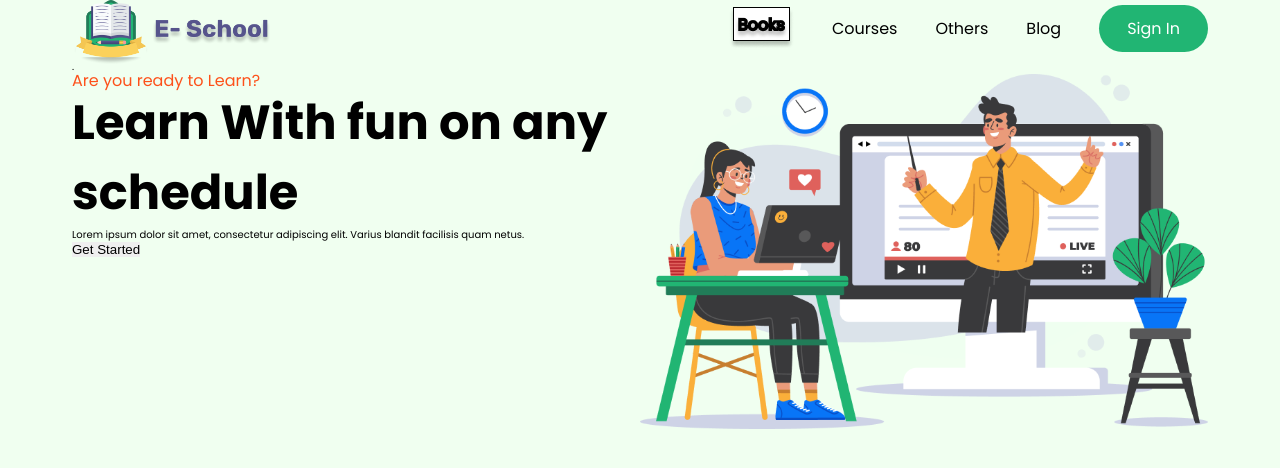
Repository: bijaythakur-code/E-school
Page: index.html
An editor plug-in stored every save of this project. The page is shown before and after the next save, followed by the edit.
The browser window is 1280 px wide. The pictures show the whole page.

Above is the page before, as saved 2022-05-11 15:07:11.
Console error: TypeError: Cannot set properties of null (setting 'textContent')

### index.html
<!DOCTYPE html>
<html lang="en">
  <head>
    <meta charset="UTF-8" />
    <meta http-equiv="X-UA-Compatible" content="IE=edge" />
    <meta name="viewport" content="width=device-width, initial-scale=1.0" />

    <link rel="preconnect" href="https://fonts.googleapis.com" />
    <link rel="preconnect" href="https://fonts.gstatic.com" crossorigin />
    <link
      href="https://fonts.googleapis.com/css2?family=Poppins:wght@400;500;700&family=Roboto&display=swap"
      rel="stylesheet"
    />

    <link rel="stylesheet" href="/css/general.css" />
    <link rel="stylesheet" href="/css/style.css" />
    <link rel="stylesheet" href="/css/queries.css" />
    <title>Starter Project</title>
  </head>
  <body>
    <header>
      <div class="container">
        <nav>
          <div class="logo">
            <a href="/">
              <img src="/img/logo.png" alt="E-school logo" />
            </a>
          </div>
          <ul class="main-nav">
            <li>
              <a href="/">
                <img src="/img/img-icon-books-nav.png" alt="E-school Books" />
              </a>
            </li>
            <li>
              <a class="nav-link" href="#">Courses</a>
            </li>
            <li>
              <a class="nav-link" href="#">Others</a>
            </li>
            <li>
              <a class="nav-link" href="#">Blog</a>
            </li>
            <li>
              <a class="sign-in nav-link" href="#">Sign In</a>
            </li>
          </ul>
        </nav>

        <!-- hero section -->
        .
        <div class="hero">
          <div class="hero-left">
            <p class="are-you-ready">Are you ready to Learn?</p>
            <h1>Learn With fun on <span>any schedule</span></h1>
            <p>
              Lorem ipsum dolor sit amet, consectetur adipiscing elit. Varius
              blandit facilisis quam netus.
            </p>
            <a href="#">
              <button class="btn-get-started">Get Started</button>
            </a>
          </div>
          <div class="hero-right">
            <img src="/img/image-hero.png" alt="E-school hero" />
        </div>
      </div>
    </header>
    <script src="js/script.js"></script>
  </body>
</html>

### css/general.css
/*
--- 01 TYPOGRAPHY SYSTEM

- Font sizes (px)


- Font weights
Default: 400
Medium: 500

Bold: 700


- Line heights
Default: 1
Small: 1.05
Medium: 1.2
Paragraph default: 1.6
Large: 1.8

- Letter spacing
-0.5px
0.75px

--- 02 COLORS

#000000 -- black
#21B573 -- primary
#FFFFFF -- white
#FD511A -- primary-shade-one
#413960 -- secondary
#585859 -- secondary-tint-one
#282531 -- footer background
#CDCDCD -- primary-tint-one

#F0FFF0 -- hero background

- Primary:
- Tints:


- Shades:


- Accents:
- Greys


--- 05 SHADOWS


--- 06 BORDER-RADIUS

Default: 9px
Medium: 11px

--- 07 WHITESPACE

- Spacing system (px)

*/

:root {
  /* COLORS VARIABLES */
  --primary-color: #21b573;
  --primary-shade-one: #fd511a;
  --primary-tint-one: #cdcdcd;

  --secondary-color: #413960;
  --secondary-tint-one: #585859;

  --hero-background: #f0fff0;
  --footer-background: #282531;

  --black-color: #000000;
  --white-color: #ffffff;
}

*,
*::after,
*::before {
  padding: 0;
  margin: 0;
  box-sizing: border-box;
}

html {
  /* font-size: 10px; */

  /* 10px / 16px = 0.625 = 62.5% */
  /* Percentage of user's browser font-size setting */
  font-size: 62.5%;

  /* Does NOT work on Safari */
  /* scroll-behavior: smooth; */
}

body {
  font-family: 'Poppins', sans-serif;
  line-height: 140%;
  font-weight: 400;
}

ul {
  list-style: none;
}

a {
  text-decoration: none;
}

img {
  max-width: 100%;
  height: auto;
}

button {
  border: none;
  outline: none;
  cursor: pointer;
}

/*=============== GENERAL REUSABLE CSS CLASSES ===============*/

.container {
  /* 1200px */
  max-width: 120rem;
  padding: 0 3.2rem;
  margin: 0 auto;
}

### css/style.css
/*=============== HEADER & NAV ===============*/

header {
  background-color: var(--hero-background);
  height: 100vh;
}
nav {
  display: flex;
  justify-content: space-between;
}

.main-nav {
  display: flex;
  justify-content: space-between;
  align-items: center;
  gap: 38px;
}

.logo {
  height: 60px;
  width: 200px;
}

.nav-link {
  font-family: 'Poppins', sans-serif;
  font-weight: 400;
  font-size: 16px;
  color: #000000;
}

.sign-in {
  color: #ffffff;
  padding: 12px 28px;
  width: 104px;
  height: 43px;
  background: #21b573;
  border-radius: 33px;
}

/* mobile menu */

/*=============== HERO SECTION ===============*/

.hero {
  display: flex;
}

.hero-left {
  width: 50%;
  display: flex;
  flex-direction: column;
}

.are-you-ready {
  font-family: 'Poppins', sans-serif;
  font-weight: 400;
  font-size: 16px;
  color: #fd511a;
}

h1 {
  font-family: 'Poppins', sans-serif;

  font-weight: 700;
  font-size: 48px;
  line-height: 146%;
  color: #000000;
}

.h1-span {
  color: #21b573;
}

.hero-right {
  width: 50%;
}

### css/queries.css
/* rem and em do NOT depend on html font-size in media queries! Instead, 1rem = 1em = 16px */

/**************************/
/* BELOW 1344px (Smaller desktops) */
/**************************/

@media (max-width: 84em) {
}

/**************************/
/* BELOW 1200px (Landscape Tablets) */
/**************************/

@media (max-width: 75em) {
  html {
    /* 9px / 16px  */
    font-size: 56.25%;
  }
}

/**************************/
/* BELOW 944px (Tablets) */
/**************************/

@media (max-width: 59em) {
  html {
    /* 8px / 16px = 0.5 = 50% */
    font-size: 50%;
  }
}

/**************************/
/* BELOW 704px (Smaller tablets) */
/**************************/

@media (max-width: 44em) {
}

/**************************/
/* BELOW 544px (Phones) */
/**************************/

@media (max-width: 34em) {
}

### js/script.js
///////////////////////////////////////////////////////////
// Set current year
const yearEl = document.querySelector('.year')
const currentYear = new Date().getFullYear()
yearEl.textContent = currentYear

///////////////////////////////////////////////////////////
// Make mobile navigation work

const btnNavEl = document.querySelector('.btn-mobile-nav')
const headerEl = document.querySelector('.nav-container')

btnNavEl.addEventListener('click', function () {
  headerEl.classList.toggle('nav-open')
})

///////////////////////////////////////////////////////////
// Smooth scrolling animation

const allLinks = document.querySelectorAll('a:link')

allLinks.forEach(function (link) {
  link.addEventListener('click', function (e) {
    e.preventDefault()
    const href = link.getAttribute('href')

    // Scroll back to top
    if (href === '#')
      window.scrollTo({
        top: 0,
        behavior: 'smooth',
      })

    // Scroll to other links
    if (href !== '#' && href.startsWith('#')) {
      const sectionEl = document.querySelector(href)
      sectionEl.scrollIntoView({ behavior: 'smooth' })
    }

    // Close mobile naviagtion
    if (link.classList.contains('nav-link'))
      headerEl.classList.toggle('nav-open')
  })
})

///////////////////////////////////////////////////////////
// Sticky navigation

const sectionHeroEl = document.querySelector('.hero')

const obs = new IntersectionObserver(
  function (entries) {
    const ent = entries[0]
    // console.log(ent)

    if (ent.isIntersecting === false) {
      document.body.classList.add('sticky')
    }

    if (ent.isIntersecting === true) {
      document.body.classList.remove('sticky')
    }
  },
  {
    // In the viewport
    root: null,
    threshold: 0,
    rootMargin: '-80px',
  }
)
obs.observe(sectionHeroEl)

After the next save:
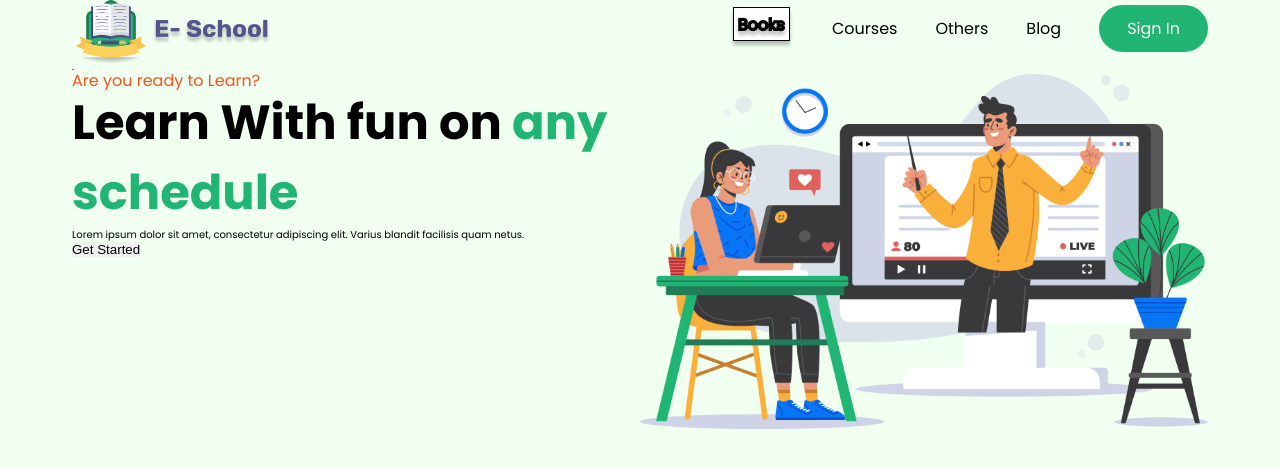
Saved 7 s later.
--- a/index.html
+++ b/index.html
@@ -52,7 +52,7 @@
         <div class="hero">
           <div class="hero-left">
             <p class="are-you-ready">Are you ready to Learn?</p>
-            <h1>Learn With fun on <span>any schedule</span></h1>
+            <h1>Learn With fun on <span class="h1-span">any schedule</span></h1>
             <p>
               Lorem ipsum dolor sit amet, consectetur adipiscing elit. Varius
               blandit facilisis quam netus.
